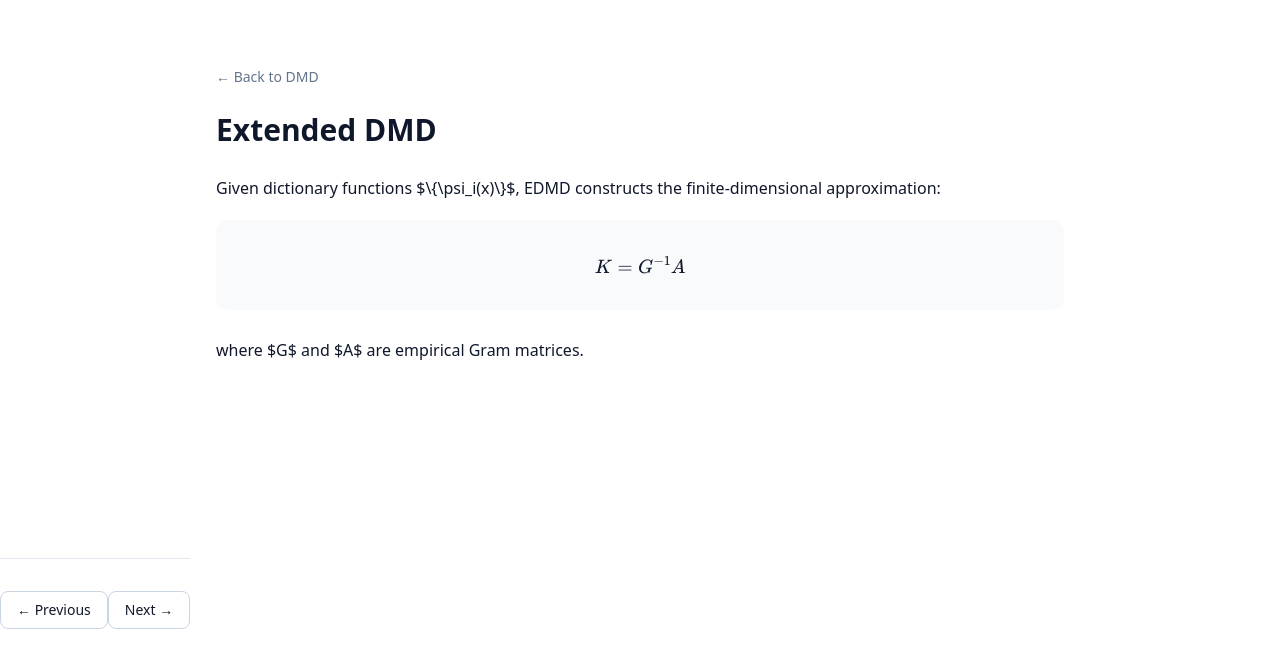
Repository: JWS625/JWS625.github.io
Page: notes/modal_analysis/03_koopman_operator_theory_and_extended_dynamics_mode_decomposition.html
The author's editor kept a copy of each file at every save. The page is drawn from the files as they stood at one save, then again after the next save.
The browser window is 1280 px wide. The pictures show the whole page.
Some web libraries are served in a nearby version.

Above is the page before, as saved 2026-02-20 19:22:06.
Console error (its wording comes from the project's code and is left out).

After the next save:
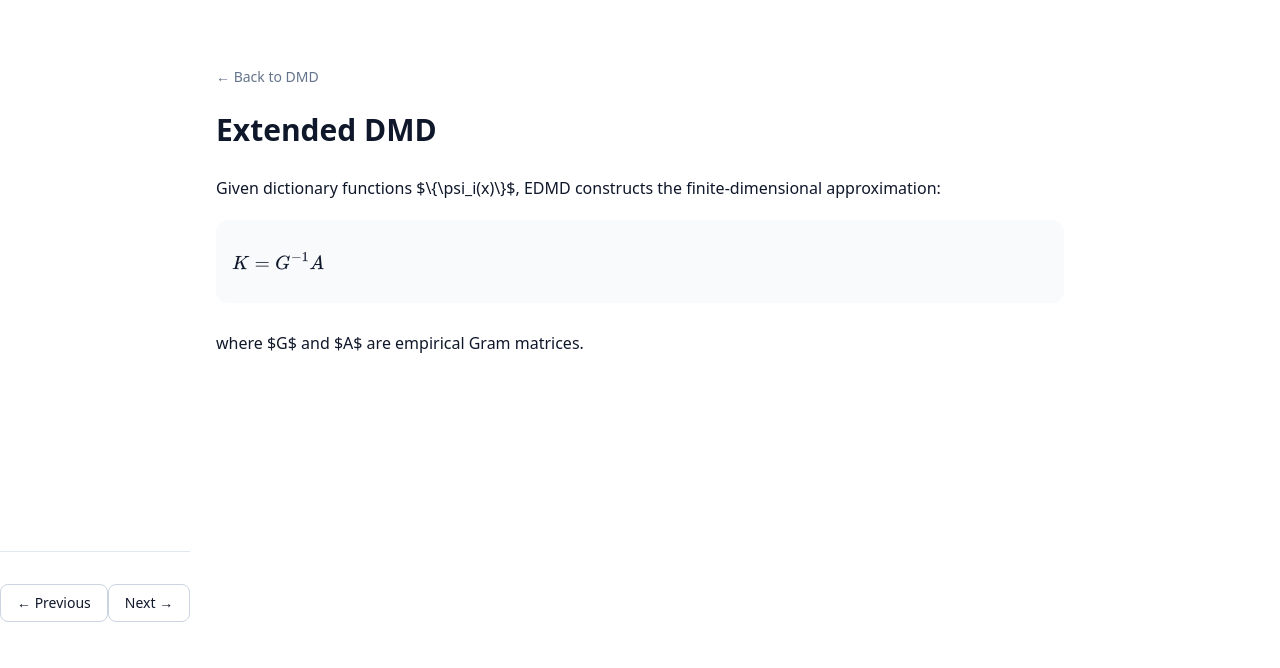
The error is gone.
Saved 112 s later.
--- a/notes/modal_analysis/03_koopman_operator_theory_and_extended_dynamics_mode_decomposition.html
+++ b/notes/modal_analysis/03_koopman_operator_theory_and_extended_dynamics_mode_decomposition.html
@@ -13,7 +13,7 @@ window.MathJax = {
   tex: { inlineMath: [['$', '$'], ['\\(', '\\)']] }
 };
 </script> -->
-<script src="https://cdn.jsdelivr.net/npm/mathjax@3/es5/tex-mml-chtml.js"></script>
+<!-- <script src="https://cdn.jsdelivr.net/npm/mathjax@3/es5/tex-mml-chtml.js"></script> -->
 </head>
 
 <body class="bg-white text-slate-900">
